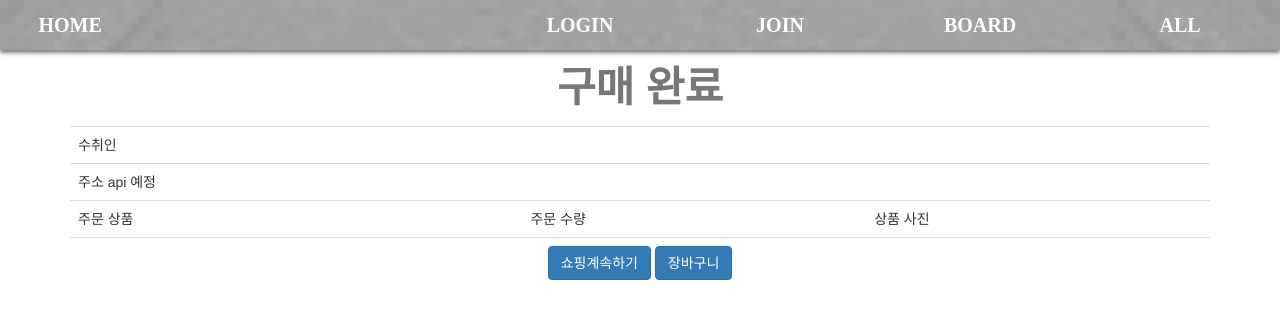
Repository: j-Woody/makers
Page: http://localhost/Makers/WEB-INF/views/porder/porderFin.jsp
An editor plug-in stored every save of this project. The page is shown before and after the next save, followed by the edit.
The browser window is 1280 px wide. The pictures show the whole page.
The page is served by Tomcat 9. Nobody is signed in. The template is opened directly, without the code that normally fills it, so the values that code supplies are empty.

Above is the page before, as saved 2019-05-23 12:01:52.
Console error: ReferenceError: $ is not defined

After the next save:
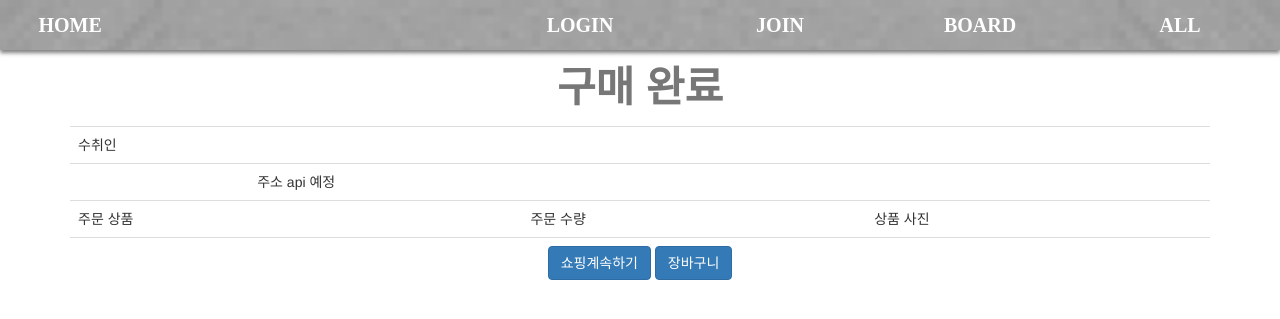
Saved 18 s later.
--- a/Makers/src/main/webapp/WEB-INF/views/porder/porderFin.jsp
+++ b/Makers/src/main/webapp/WEB-INF/views/porder/porderFin.jsp
@@ -31,8 +31,8 @@
       	 </td>
   </tr>
   <tr>
-      <td>
-      	<span>주소 api 예정</span>
+      <td style="text-align: center;">
+      	<span >주소 api 예정</span>
       </td>
       <td colspan="2">
       	<span>${pList.oraddr } </span>

After the 2 saves that followed:
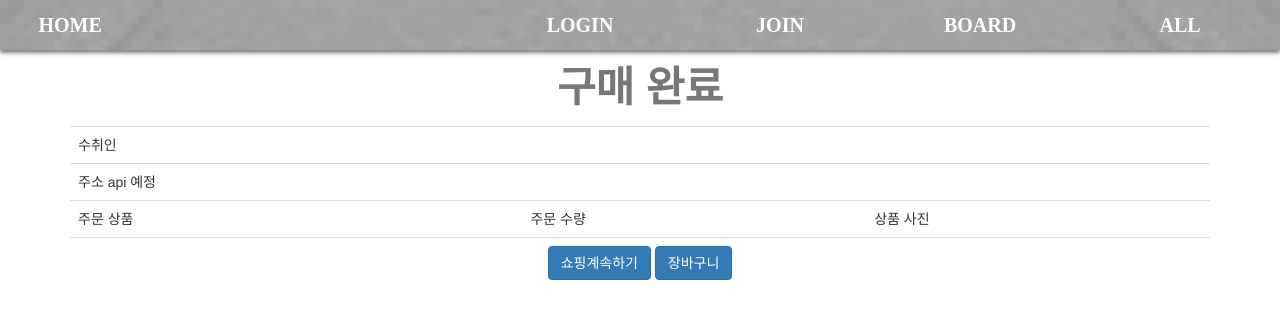
The 2 saves are shown as one change because they came seconds apart.
The last was saved 11 s later.
--- a/Makers/src/main/webapp/WEB-INF/views/porder/porderFin.jsp
+++ b/Makers/src/main/webapp/WEB-INF/views/porder/porderFin.jsp
@@ -31,10 +31,10 @@
       	 </td>
   </tr>
   <tr>
-      <td style="text-align: center;">
+      <td >
       	<span >주소 api 예정</span>
       </td>
-      <td colspan="2">
+      <td colspan="2" style="text-align: center;">
       	<span>${pList.oraddr } </span>
       </td>
 
